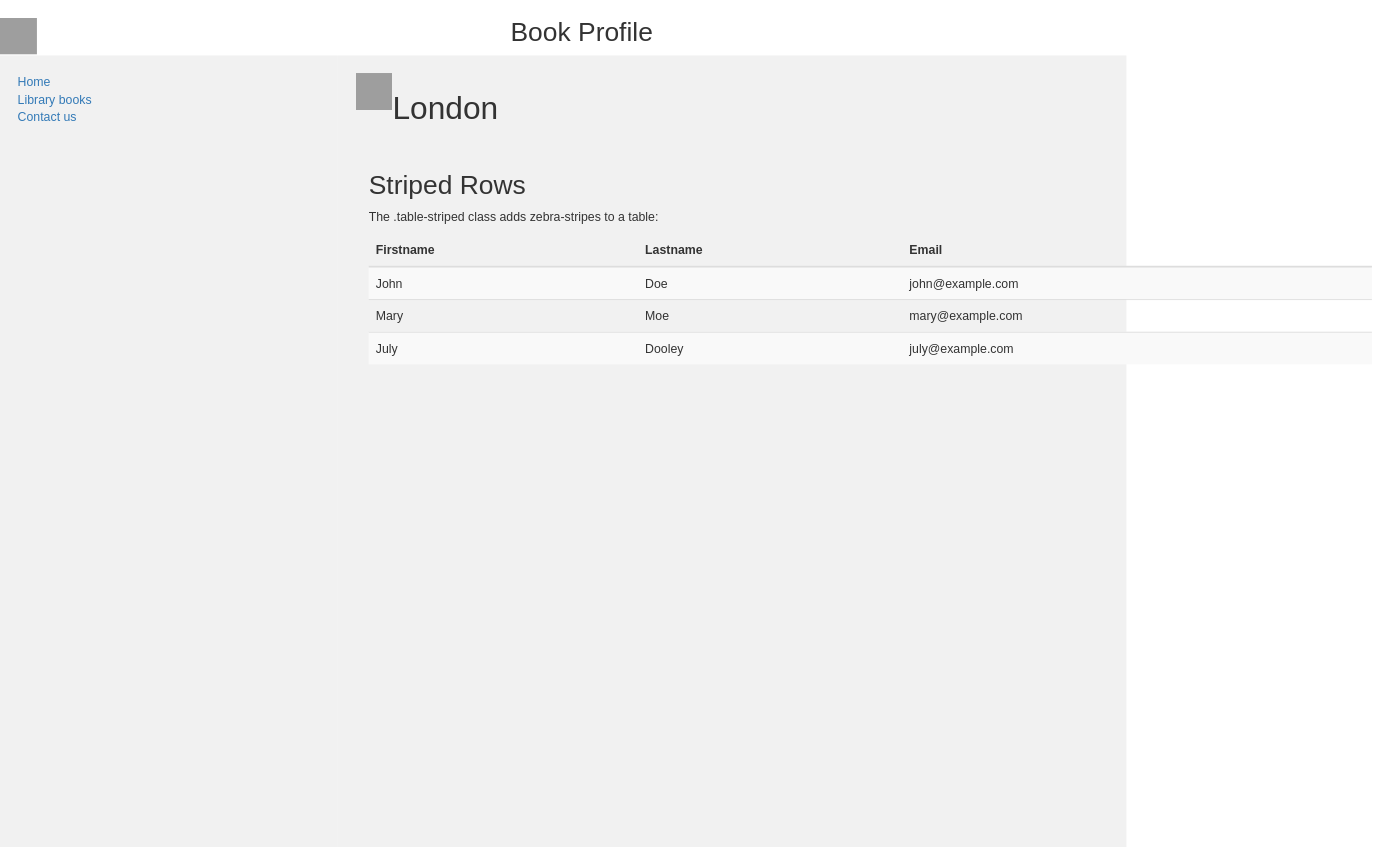
Repository: sandunigayanjali/Library_System
Page: http://localhost/library_management/bookProfille.jsp
The author's editor kept a copy of each file at every save. The page is drawn from the files as they stood at one save, then again after the next save.
The browser window is 1280 px wide. The page is 1574 px wide, so the pictures cover 1574 px, including what lies to the right of the window. The pictures show the whole page, at 88% of full size.
Pictures or frames that could not be fetched are drawn as grey boxes. The page is served by Tomcat 9.

Above is the page before, as saved 2018-11-24 12:40:50.

After the next save:
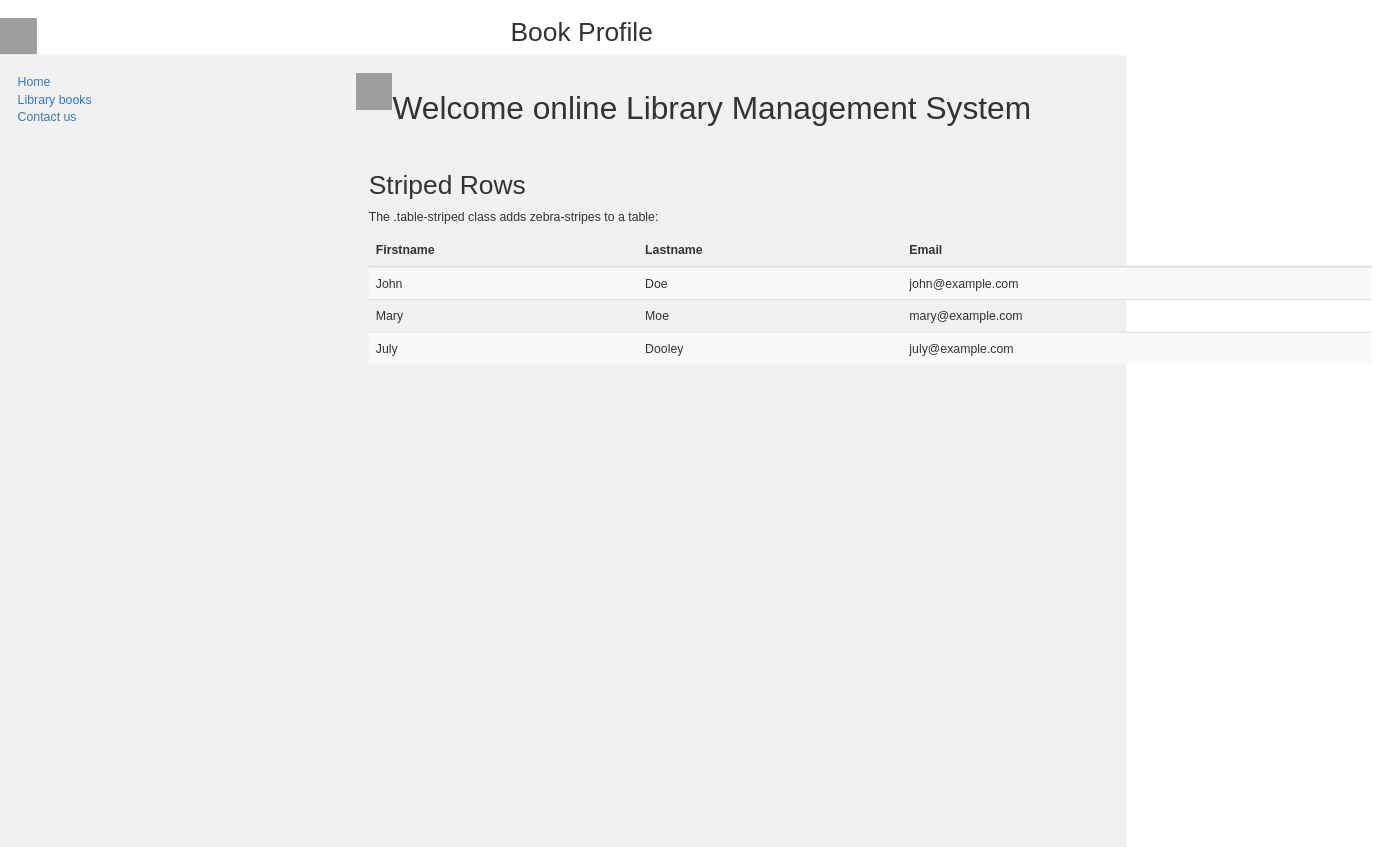
Saved 48 s later.
--- a/library management/WebContent/bookProfille.jsp
+++ b/library management/WebContent/bookProfille.jsp
@@ -92,7 +92,7 @@ align:center;
   <article>
 
 <image> <img src="E:\desktop\level 2 semester 2\PROJECT\lib.jpg" alt="HTML tutorial" style="float:left;width:42px;height:42px;border:0;"></image><br>
-    <h1>London</h1>
+    <h1>Welcome online Library Management System</h1>
 
     <br>
     <div class="container">
